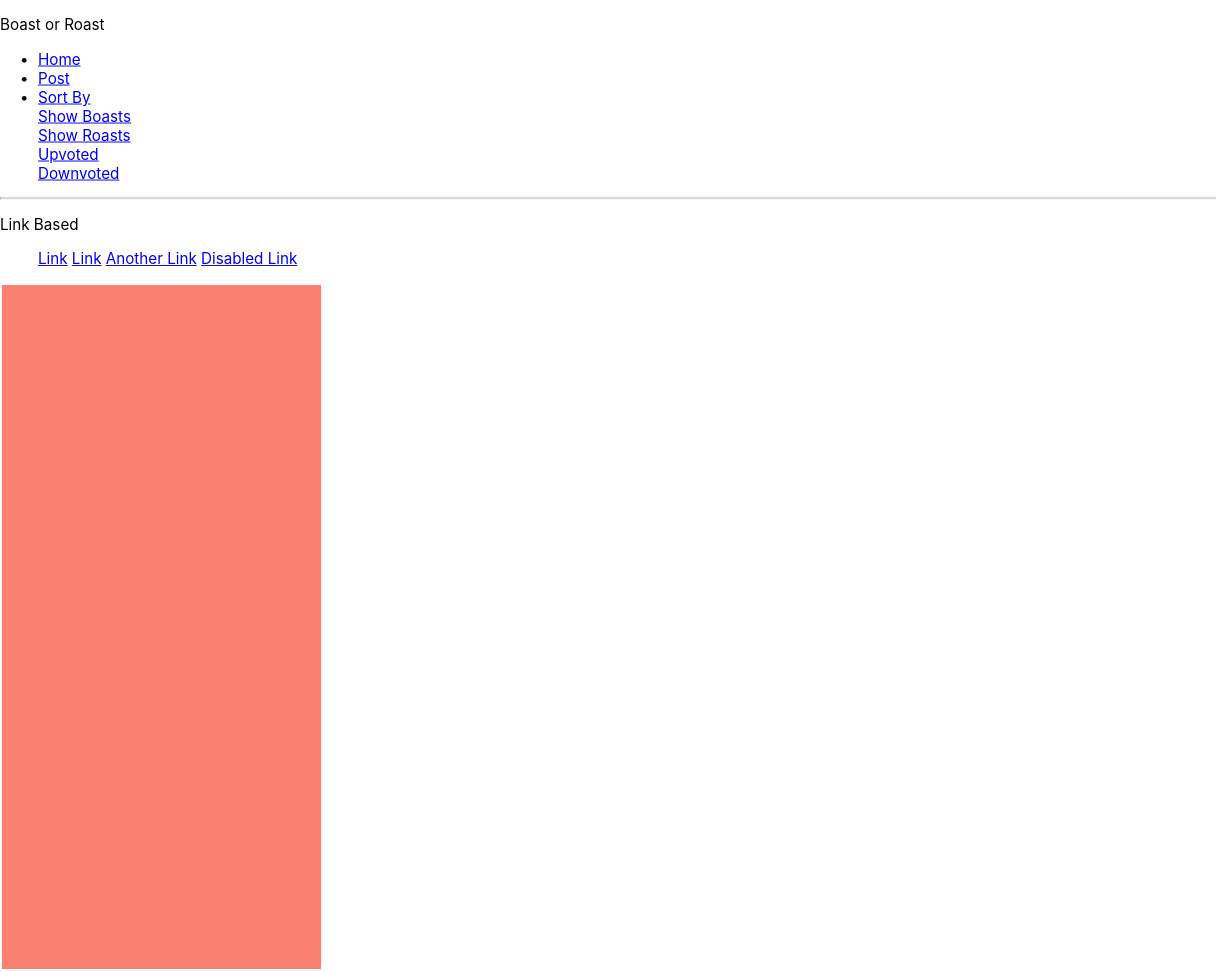
Repository: Imraj423/GhostPost_front-end
Page: /
An editor plug-in stored every save of this project. The page is shown before and after a run of saves, followed by the edit.
The browser window is 1280 px wide. The pictures show the whole page, at 95% of full size.
The page's requests for data from a server got no answer. The project was rebuilt for these pictures with package versions that can differ from the ones it lists, and the page was loaded fresh each time. No one was signed in, and anything a server would have sent is missing. Also part of the build but not shown: src/components/CreatePost/post.js, src/components/Form/form.js.

Above is the page before, as saved 2020-04-03 10:06:12.

### src/App.js
import React, { Component } from "react";
import PostList from "./components/PostView/postlist";
import Form from "./components/Form/form";
import Main from "./components/Home/main";
import { Route } from "react-router-dom";

class App extends Component {
  state = {
    ghostpost: [],
    input: "",
    boast: ""
  };
  componentDidMount() {
    fetch("http://localhost:8000/api/ghostpost/")
      .then(res => {
        return res.json();
      })
      .then(data => {
        this.setState({ ghostpost: data });
      });
  }

  handleChange = event => {
    this.setState({ input: event.target.value });
  };

  render() {
    return (
      <React.Fragment>
        <Route exact path="/" render={() => <Main />} />
        <Route exact path="/form" render={() => <Form />} />

        <Route
          exact
          path="/boasts"
          render={() => (
            <PostList
              ghostpost={this.state.ghostpost.filter(
                posts => posts.is_Boast === true
              )}
            />
          )}
        />

        <Route
          exact
          path="/roasts"
          render={() => (
            <PostList
              ghostpost={this.state.ghostpost.filter(
                posts => posts.is_Boast === false
              )}
            />
          )}
        />

        <Route
          exact
          path="/upvotes"
          render={() => (
            <PostList
              ghostpost={this.state.ghostpost.sort((x, y) => {
                return y.total_count - x.total_count;
              })}
            />
          )}
        />

        <Route
          exact
          path="/downvotes"
          render={() => (
            <PostList
              ghostpost={this.state.ghostpost.sort((x, y) => {
                return x.total_count - y.total_count;
              })}
            />
          )}
        />
      </React.Fragment>
    );
  }
}

export default App;

### src/components/PostView/postlist.js
import React, { Component } from 'react';
import Post from '../CreatePost/post';
import Navi from '../NavBar/nav';
import { Container, Card } from 'react-bootstrap';
import './styles.scss'


export default class PostList extends Component {

    render() {
        return (
            <Container >
                <Navi />
                <Card className="box">
                <Card.Body>
                {this.props.ghostpost.map(messages =>
                    <Post
                    id={messages.id}
                    message={messages.message}
                    time={messages.time}
                    total_count={messages.total_count}
                    />
                )}
                </Card.Body>
                </Card>

            </Container>
        )
    }
}

### src/components/Home/main.js
import React from 'react';
import PostList from "../PostView/postlist";

export default class Main extends React.Component {
      state = {
            ghostpost: [],
            input: "",
            boast: ""
          };
          componentDidMount() {
              fetch("http://localhost:8000/api/ghostpost/")
                .then(res => {
                    return res.json();
                  })
                  .then(data => {
                      this.setState({ ghostpost: data });
                    });
                }

                handleChange = event => {
                    this.setState({ input: event.target.value });
                  };
            render() {
          return(
              <React.Fragment>
              <PostList ghostpost ={this.state.ghostpost}/>
              </React.Fragment>
          )
      }
    }

### src/components/NavBar/nav.js
// import React from "react";

// export default function NavPage() {

//     return (
//       <div>
//         <ul>
//           <li>
//             <a href="/">Home</a>
//           </li>
//           <li>
//             <a href="/form">Post a Boast or a Roast</a>
//           </li>
//           <li>
//             <a href="/boasts">All the Boasts</a>
//           </li>
//           <li>
//             <a href="/roasts">All the Roast</a>
//           </li>
//           <li>
//             <a href="/upvotes">Top Voted</a>
//           </li>
//           <li>
//             <a href="/downvotes">Most Downvoted</a>
//           </li>
//         </ul>
//       </div>
//     );
//   }


import React, { useState } from "react";
import {
  Nav,
  NavItem,
  NavLink,
  Dropdown,
  DropdownItem,
  dropdownOpen,
  DropdownToggle,
  DropdownMenu
} from "reactstrap";

const Navi = props => {
  const [dropdownOpen, setDropdownOpen] = useState(false);

  const toggle = () => setDropdownOpen(prevState => !prevState);
  return (
    <div>
      <p>Boast or Roast</p>
      <Nav>
        <NavItem>
          <NavLink href="/">Home</NavLink>
        </NavItem>
        <NavItem>
          <NavLink href="forms">Post</NavLink>
        </NavItem>
        <Dropdown nav isOpen={dropdownOpen} toggle={toggle}>
          <DropdownToggle nav caret>
            Sort By
          </DropdownToggle>
          <DropdownMenu>
            <div>
              <NavLink href="/boasts">Show Boasts</NavLink>
            </div>
            <div>
              <NavLink href="/roasts">Show Roasts</NavLink>
            </div>
            <div>
              <NavLink href="/upvotes">Upvoted</NavLink>
            </div>
            <div>
              <NavLink href="/downvotes">Downvoted</NavLink>
            </div>
          </DropdownMenu>
        </Dropdown>
      </Nav>
      <hr />
      <p>Link Based</p>
      <Nav>
        <NavLink href="#">Link</NavLink> <NavLink href="#">Link</NavLink>{" "}
        <NavLink href="#">Another Link</NavLink>{" "}
        <NavLink disabled href="#">
          Disabled Link
        </NavLink>
      </Nav>
    </div>
  );
};

export default Navi;

### src/components/PostView/styles.scss
// .box {
//     background: #2B2B2B;
//     padding: 32px;
//     border: 1px solid black;
// }

.box {
    border: solid 2px white;
    padding: 40px;
    height: calc(100vh - 80px);
    width: 20vw;
    min-height: 100px;
    background: salmon;
}

Loaded but not shown: public/index.html (common file); src/index.js (common file); src/index.css (common file); src/serviceWorker.js (common file)

After the next 2 saves:
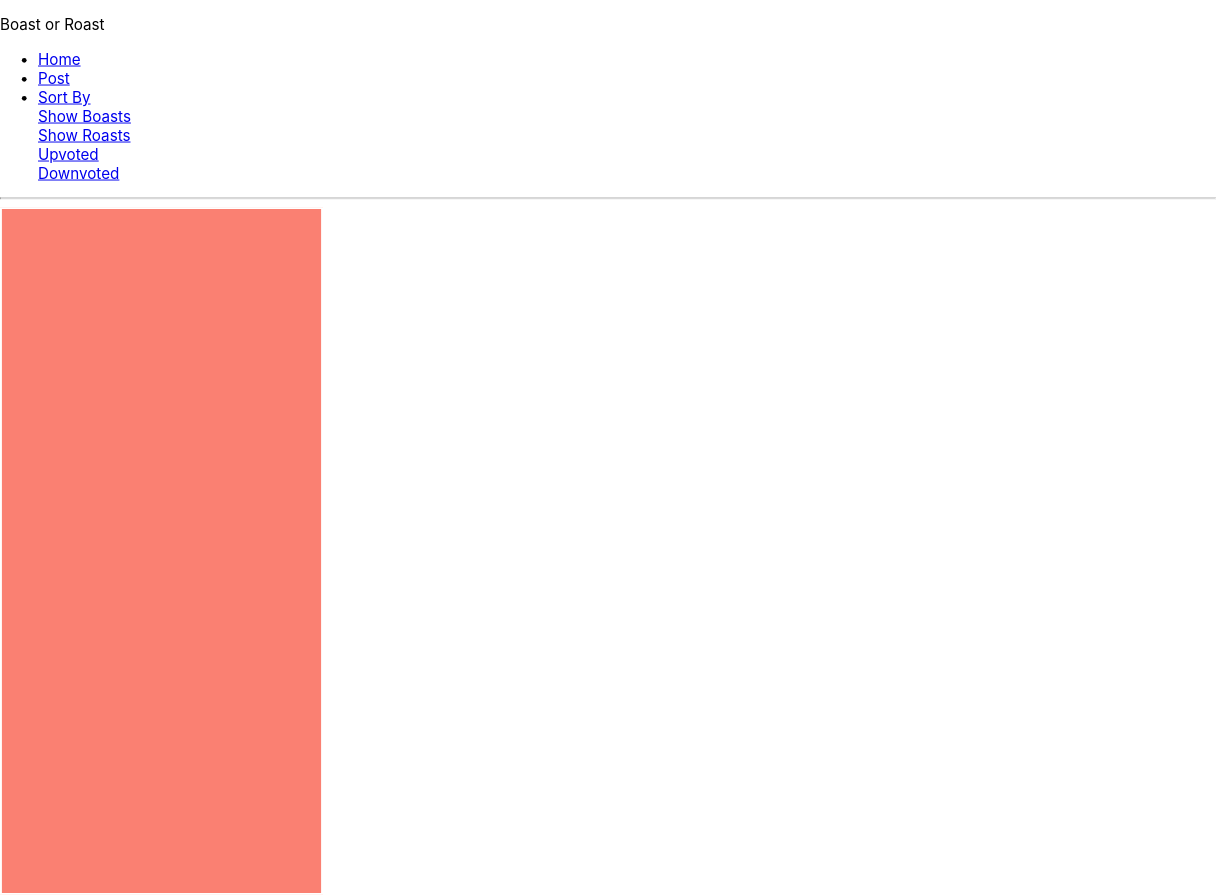
The 2 saves are shown as one change because 1 did not build or start.
The last was saved 91 s later.
--- a/src/components/NavBar/nav.js
+++ b/src/components/NavBar/nav.js
@@ -76,14 +76,6 @@ const Navi = props => {
         </Dropdown>
       </Nav>
       <hr />
-      <p>Link Based</p>
-      <Nav>
-        <NavLink href="#">Link</NavLink> <NavLink href="#">Link</NavLink>{" "}
-        <NavLink href="#">Another Link</NavLink>{" "}
-        <NavLink disabled href="#">
-          Disabled Link
-        </NavLink>
-      </Nav>
     </div>
   );
 };
